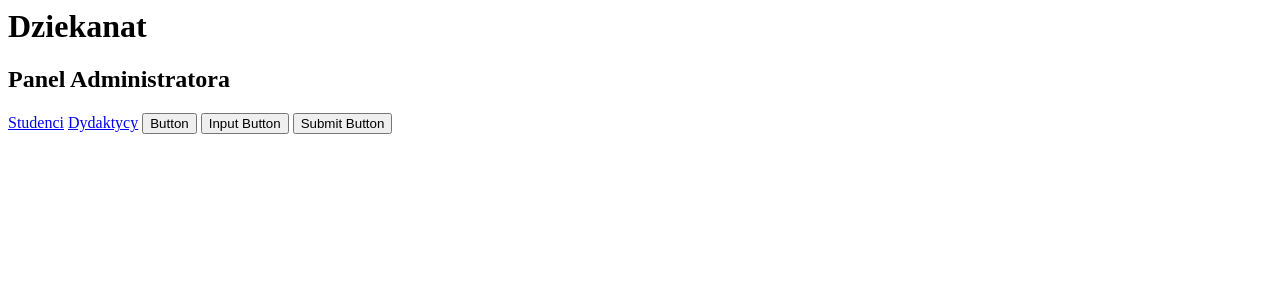
Repository: wojciechDrozd/php
Page: http://localhost/adminMenuBar.php
These files come from the project's save history. The page is drawn as it stood at one moment and after the next save; the edit follows.
The browser window is 1280 px wide. The pictures show the whole page.
The page is run by PHP 8.4 with error messages shown; the project is at /var/www/html/.

Above is the page before, as saved 2017-04-12 19:26:22.

After the next save:
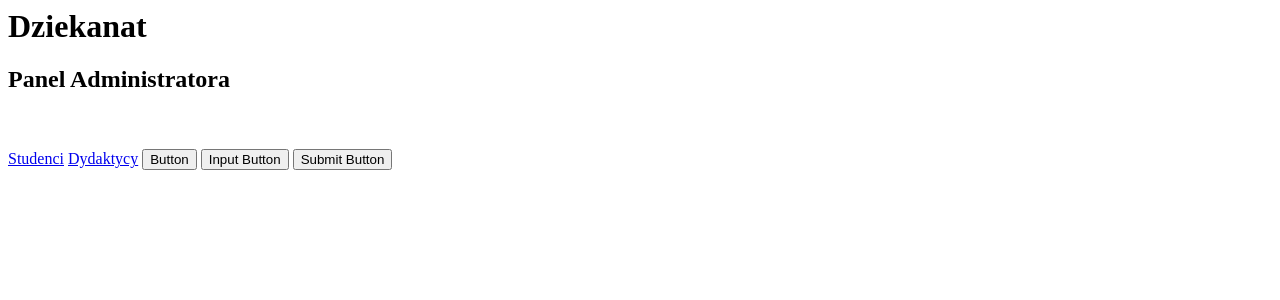
Saved 24 s later.
--- a/1/CRUDexample/adminMenuBar.php
+++ b/1/CRUDexample/adminMenuBar.php
@@ -2,7 +2,7 @@
 	<div class="row">
 		<div class="col-md-12">
 			<h1>Dziekanat</h1>
-			<h2>Panel Administratora</h2>
+			<h2>Panel Administratora</h2><br/><br/>
 		</div>
 	</div>
 	<div class="row">
